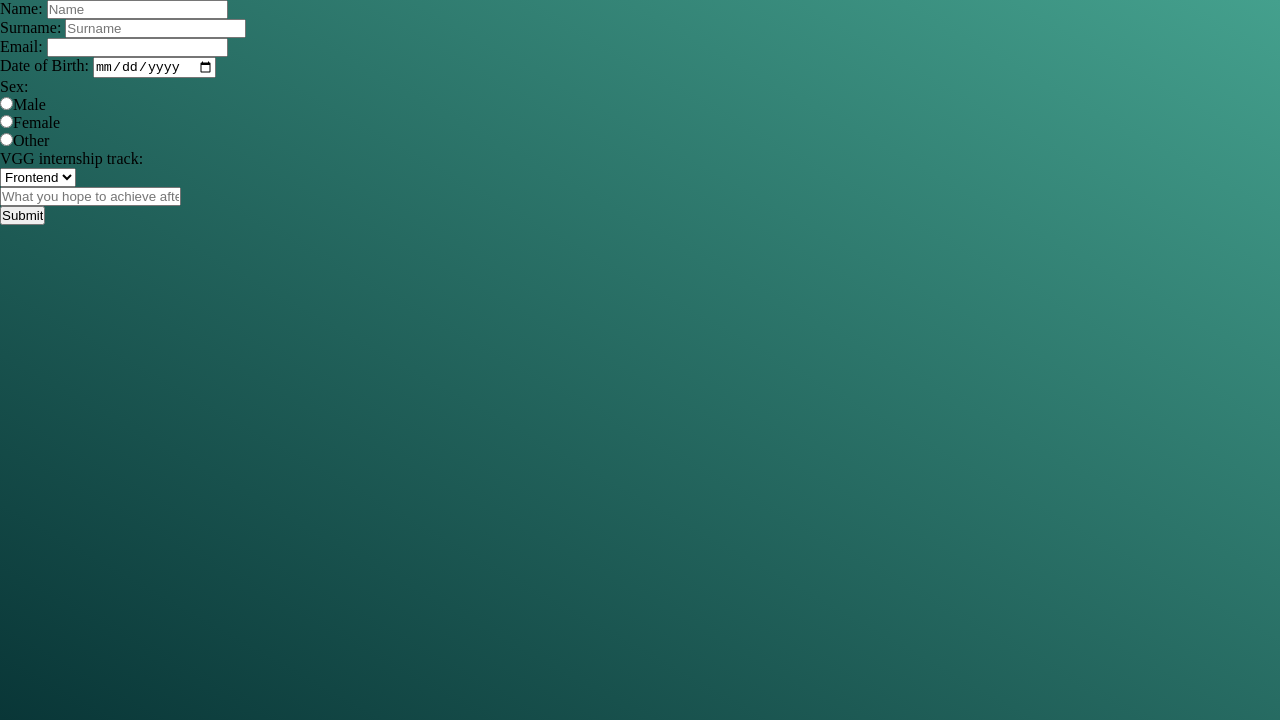
Repository: iphyokafor/VGG-Feedback-form
Page: index.html
An editor plug-in stored every save of this project. The page is shown before and after the next save, followed by the edit.
The browser window is 1280 px wide. The pictures show the whole page.

Above is the page before, as saved 2020-01-12 20:23:54.

### index.html
<!DOCTYPE html>
<html lang="en">

<head>
    <meta charset="UTF-8">
    <meta name="viewport" content="width=device-width, initial-scale=1.0">
    <meta http-equiv="X-UA-Compatible" content="ie=edge">
    <title>VGG Feedback Form</title>
    <link rel="stylesheet" href="./style.css">
</head>

<body>
    <div>
        <form>
            Name: <input type="text" placeholder="Name"><br> Surname: <input type="text" placeholder="Surname"><br> Email: <input type="email" required><br> Date of Birth: <input type="date" name="Date of Birth"><br> Sex:
            <br>
            <input type="radio" name="gender">Male<br>
            <input type="radio" name="gender">Female<br>
            <input type="radio" name="gender">Other<br> VGG internship track: <br>
            <select>
              <option value="Frontend">Frontend</option>
              <option value="Backend">Backend</option>
              <option value="UI/UX">UI/UX</option>
              <option value="DevOps">DevOps</option>
            </select><br>
            <input type="message" name="message" placeholder="What you hope to achieve after the internship"><br>
            <input type="submit" value="Submit">
        </form>
    </div>
</body>

</html>

### style.css
* {
    margin: 0;
    padding: 0;
    box-sizing: border-box;
}

body {
    background: linear-gradient(to right top, #093637, #44A08D);
    background-repeat: no-repeat;
    height: 100vh;
}

After the next save:
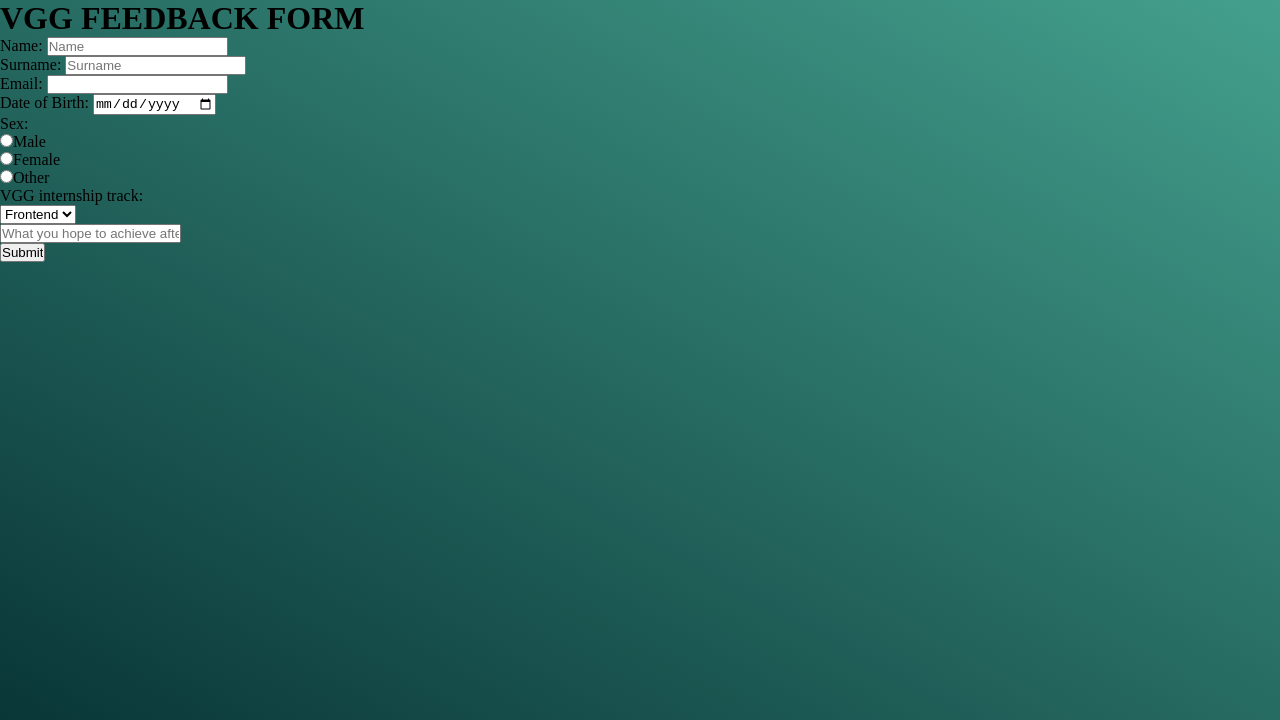
Saved 39 s later.
--- a/index.html
+++ b/index.html
@@ -11,6 +11,7 @@
 
 <body>
     <div>
+        <h1>VGG FEEDBACK FORM</h1>
         <form>
             Name: <input type="text" placeholder="Name"><br> Surname: <input type="text" placeholder="Surname"><br> Email: <input type="email" required><br> Date of Birth: <input type="date" name="Date of Birth"><br> Sex:
             <br>
